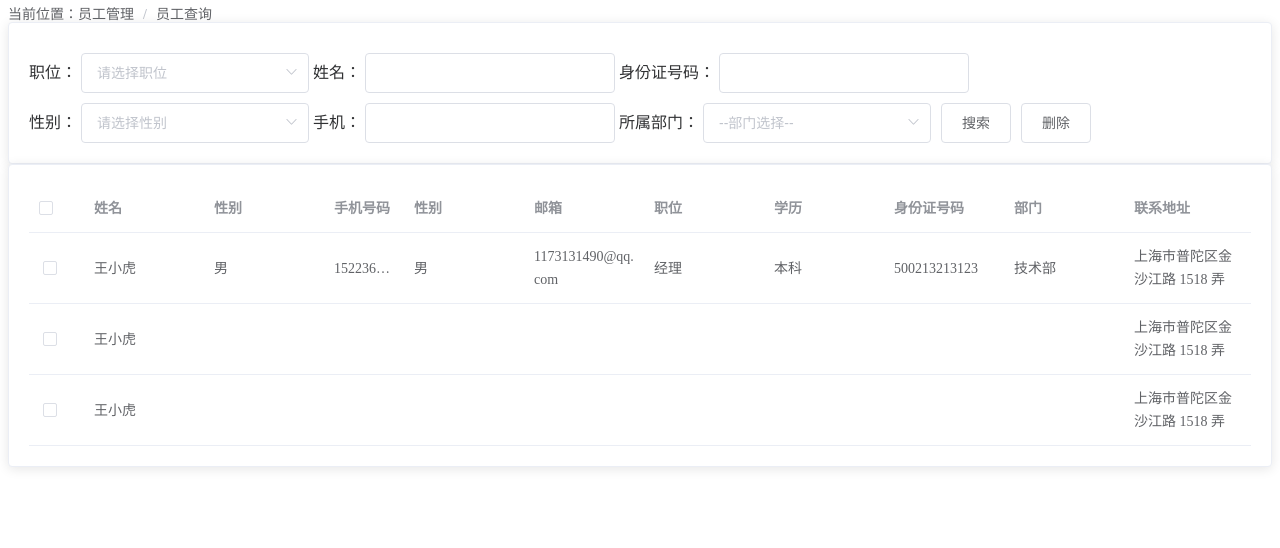
Repository: YUNjwyao/vue_hrm
Page: /#/employee
These files come from the project's save history. The page is drawn as it stood at one moment and after the next save; the edit follows.
The browser window is 1280 px wide. The pictures show the whole page.
The project was rebuilt for these pictures with package versions that can differ from the ones it lists, and the page was loaded fresh each time.

Above is the page before, as saved 2020-10-15 19:47:21.

After the next save:
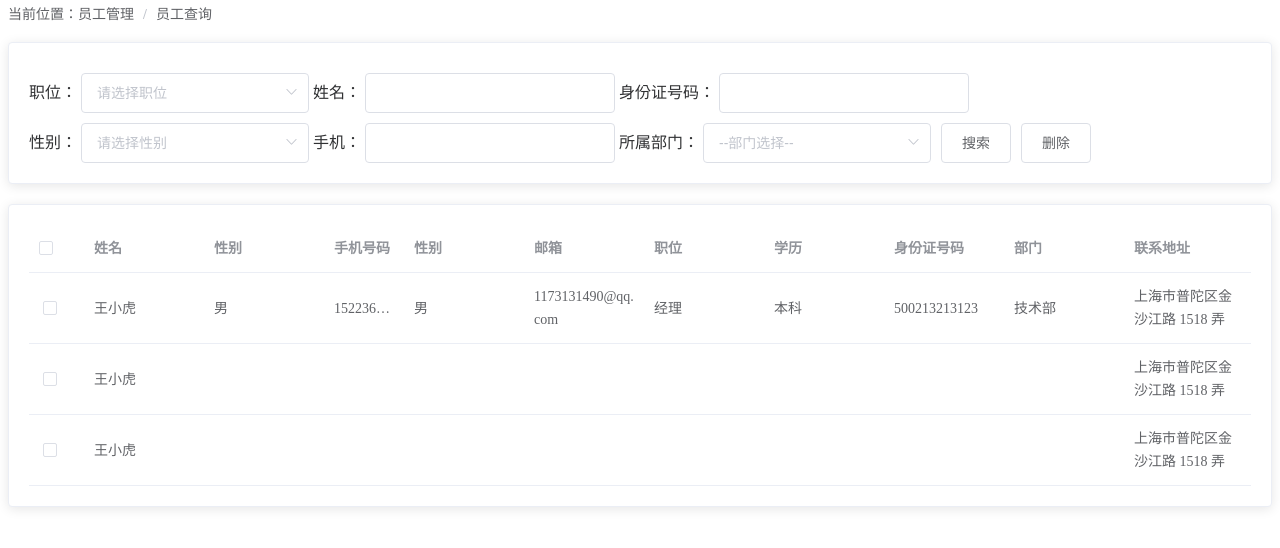
Saved 39 s later.
--- a/src/components/Employee/EmployeeQuery.vue
+++ b/src/components/Employee/EmployeeQuery.vue
@@ -202,6 +202,9 @@ export default {
 </script>
 
 <style lang="less" scoped>
+.el-card{
+	margin-top: 20px;
+}
 .el-input {
   width: 250px;
 }
